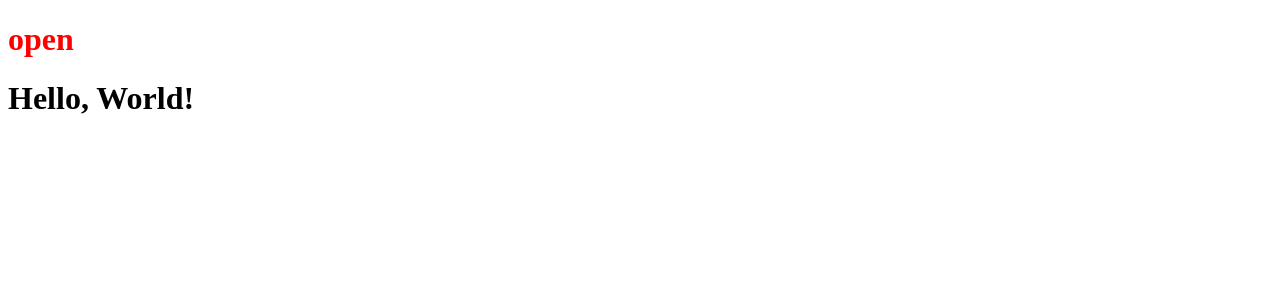
Repository: walidrashadx/Javascript_ES6
Page: index.html
The author's editor kept a copy of each file at every save. The page is drawn from the files as they stood at one save, then again after a run of saves.
The browser window is 1280 px wide. The pictures show the whole page.

Above is the page before, as saved 2025-09-13 17:36:33.
Console error: ReferenceError: let is not defined

After the next 2 saves:
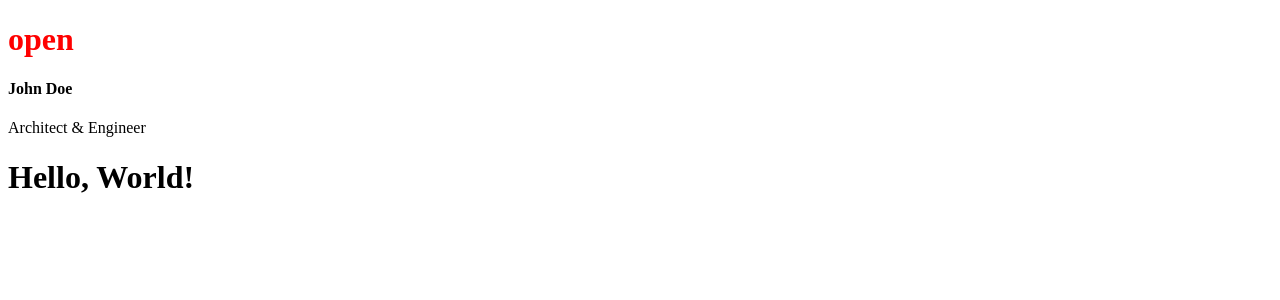
The 2 saves are shown as one change because they came seconds apart.
The last was saved 7 s later.
--- a/index.html
+++ b/index.html
@@ -10,7 +10,9 @@
     <h1 id="hello">Hello World</h1>
     <div id="card">
 
-        <di
+        <div class="container">
+            <h4><b>John Doe</b></h4>
+            <p>Architect & Engineer</p>
     </div>
      <script src="main.js"></script>
   </body>
